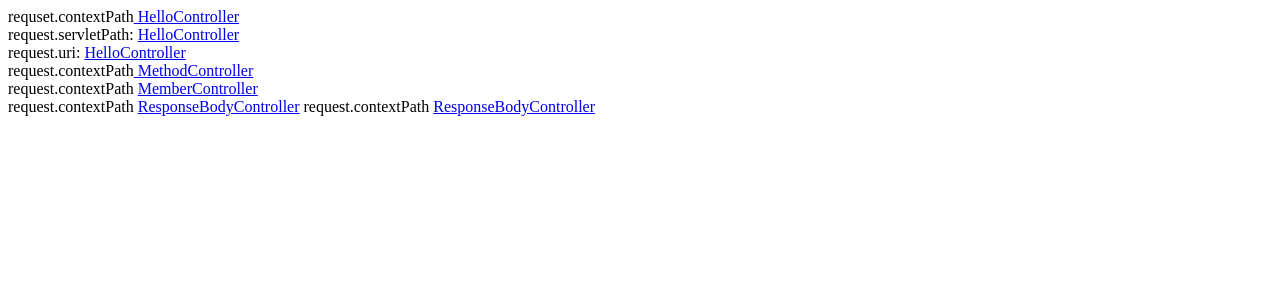
Repository: JunhaPark96/springBoard_maven
Page: http://localhost/springmvc/
The author's editor kept a copy of each file at every save. The page is drawn from the files as they stood at one save, then again after the next save.
The browser window is 1280 px wide. The pictures show the whole page.
The page is served by Tomcat 9. Nobody is signed in. The application's start-up code is not run. Other server files are loaded and not shown.

Above is the page before, as saved 2023-08-22 07:06:53.

### springmvc/src/main/webapp/index.jsp
<%@ page language="java" contentType="text/html; charset=UTF-8"
    pageEncoding="UTF-8"%>
<!DOCTYPE html>
<html>
<head>
<meta charset="UTF-8">
<title>Insert title here</title>
</head>
<body>
	<!-- request.uri - springmvc/hello/hello -->
	<!-- request.contextPath - springmvc -->
	<!-- request.servletPath - hello/hello -->
	<%-- <a href="<%=request.getContextPath()%>/hello/h1"> HelloController </a> --%>
	requset.contextPath<a href="${pageContext.request.contextPath}/hello/h1"> HelloController </a><br>
	request.servletPath: <a href="${pageContext.request.servletPath}/hello/h1"> HelloController </a><br>
	request.uri: <a href="${pageContext.request.requestURI}/hello/h1"> HelloController </a><br>

	request.contextPath<a href="${pageContext.request.contextPath}/method/method"> MethodController </a><br>

	request.contextPath <a href="${pageContext.request.contextPath}/member/joinForm"> MemberController</a><br>

	request.contextPath <a href="${pageContext.request.contextPath}/stringresponse"> ResponseBodyController</a>
	request.contextPath <a href="${pageContext.request.contextPath}/stringresponse"> ResponseBodyController</a>
</body>
</html>

After the next save:
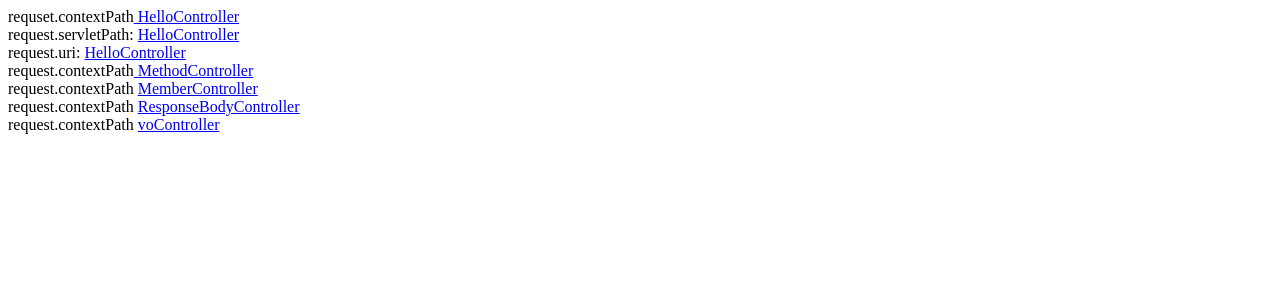
Saved 11 s later.
--- a/springmvc/src/main/webapp/index.jsp
+++ b/springmvc/src/main/webapp/index.jsp
@@ -19,7 +19,7 @@
 
 	request.contextPath <a href="${pageContext.request.contextPath}/member/joinForm"> MemberController</a><br>
 
-	request.contextPath <a href="${pageContext.request.contextPath}/stringresponse"> ResponseBodyController</a>
-	request.contextPath <a href="${pageContext.request.contextPath}/stringresponse"> ResponseBodyController</a>
+	request.contextPath <a href="${pageContext.request.contextPath}/stringresponse"> ResponseBodyController</a><br>
+	request.contextPath <a href="${pageContext.request.contextPath}/stringresponse"> voController</a><br>
 </body>
 </html>
